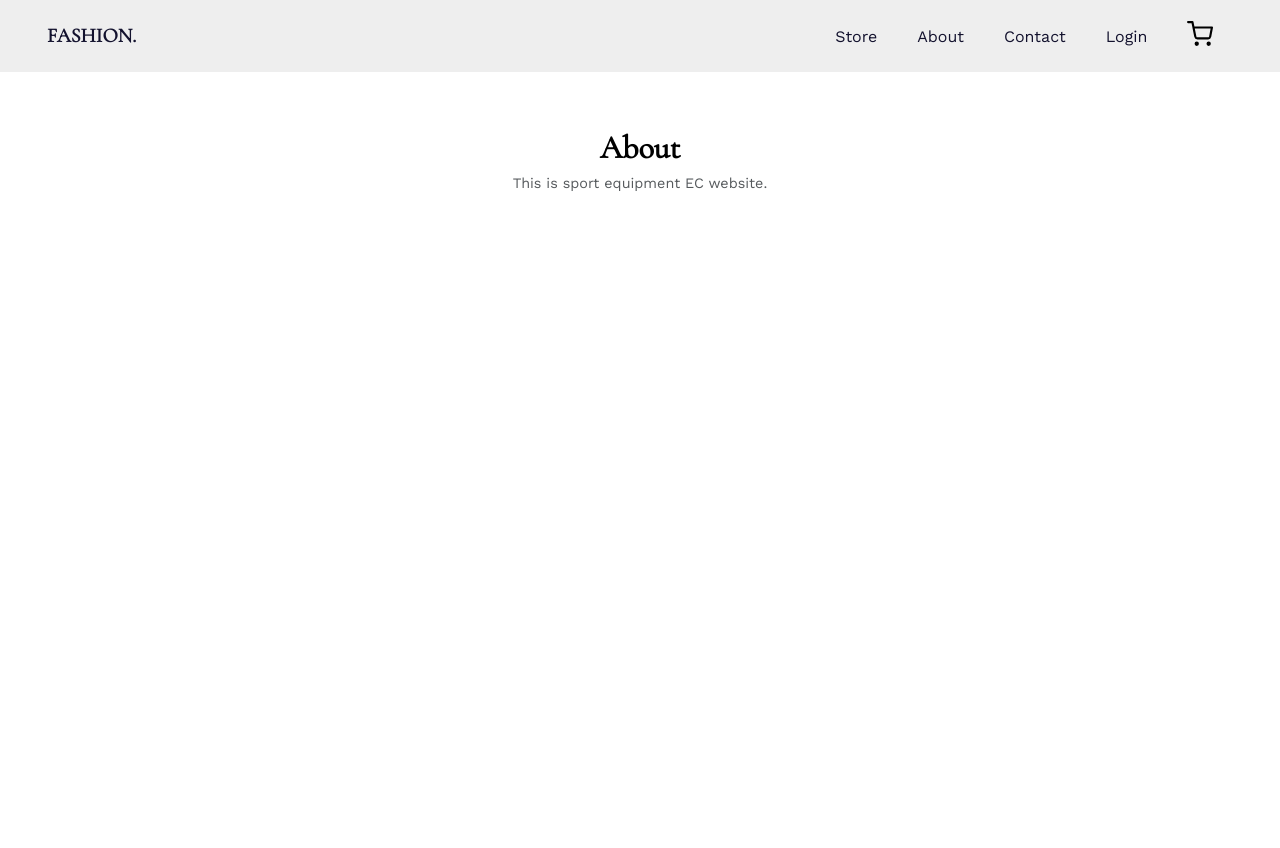
Repository: reminzuetto/SportEcom-FE
Page: /about
These files come from the project's save history. The page is drawn as it stood at one moment and after the next save; the edit follows.
The browser window is 1280 px wide. The pictures show the whole page.
The project was rebuilt for these pictures with package versions that can differ from the ones it lists, and the page was loaded fresh each time. Also part of the build but not shown: src/data.js, src/utils/utils.js, src/components/ProductCard.jsx, src/components/TypeBars.jsx, src/typeData.js, src/pages/Store.jsx, src/pages/Login.jsx, src/pages/CustomerInfo.jsx and 3 more.

Above is the page before, as saved 2024-11-15 18:54:31.

After the next save:
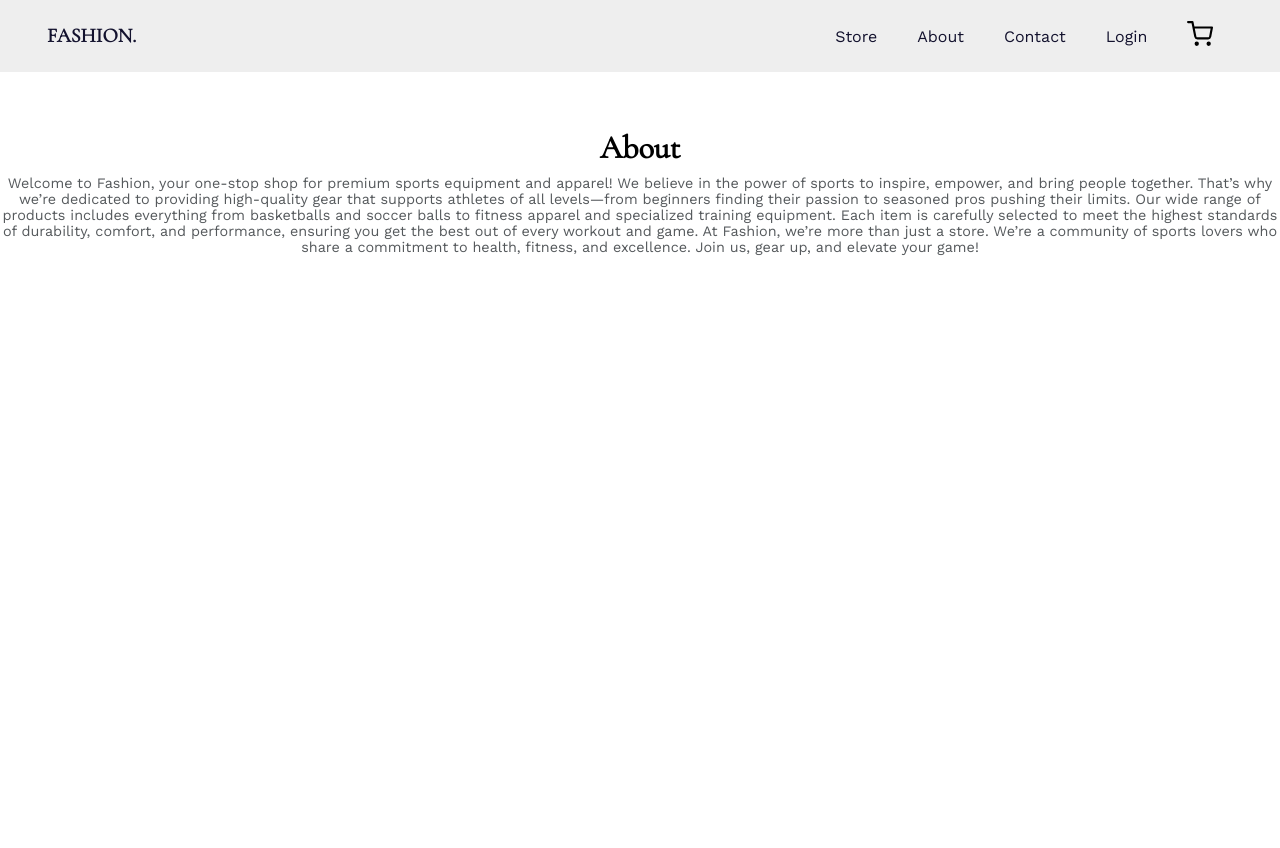
Saved 69 min 21 s later.
--- a/src/pages/About.jsx
+++ b/src/pages/About.jsx
@@ -5,7 +5,20 @@
     <div>
       <Heading>
         <h1>About</h1>
-        <p>This is sport equipment EC website.</p>
+        <p>
+          Welcome to Fashion, your one-stop shop for premium sports equipment
+          and apparel! We believe in the power of sports to inspire, empower,
+          and bring people together. That’s why we’re dedicated to providing
+          high-quality gear that supports athletes of all levels—from beginners
+          finding their passion to seasoned pros pushing their limits. Our wide
+          range of products includes everything from basketballs and soccer
+          balls to fitness apparel and specialized training equipment. Each item
+          is carefully selected to meet the highest standards of durability,
+          comfort, and performance, ensuring you get the best out of every
+          workout and game. At Fashion, we’re more than just a store. We’re a
+          community of sports lovers who share a commitment to health, fitness,
+          and excellence. Join us, gear up, and elevate your game!
+        </p>
         <br />
         <br />
       </Heading>
